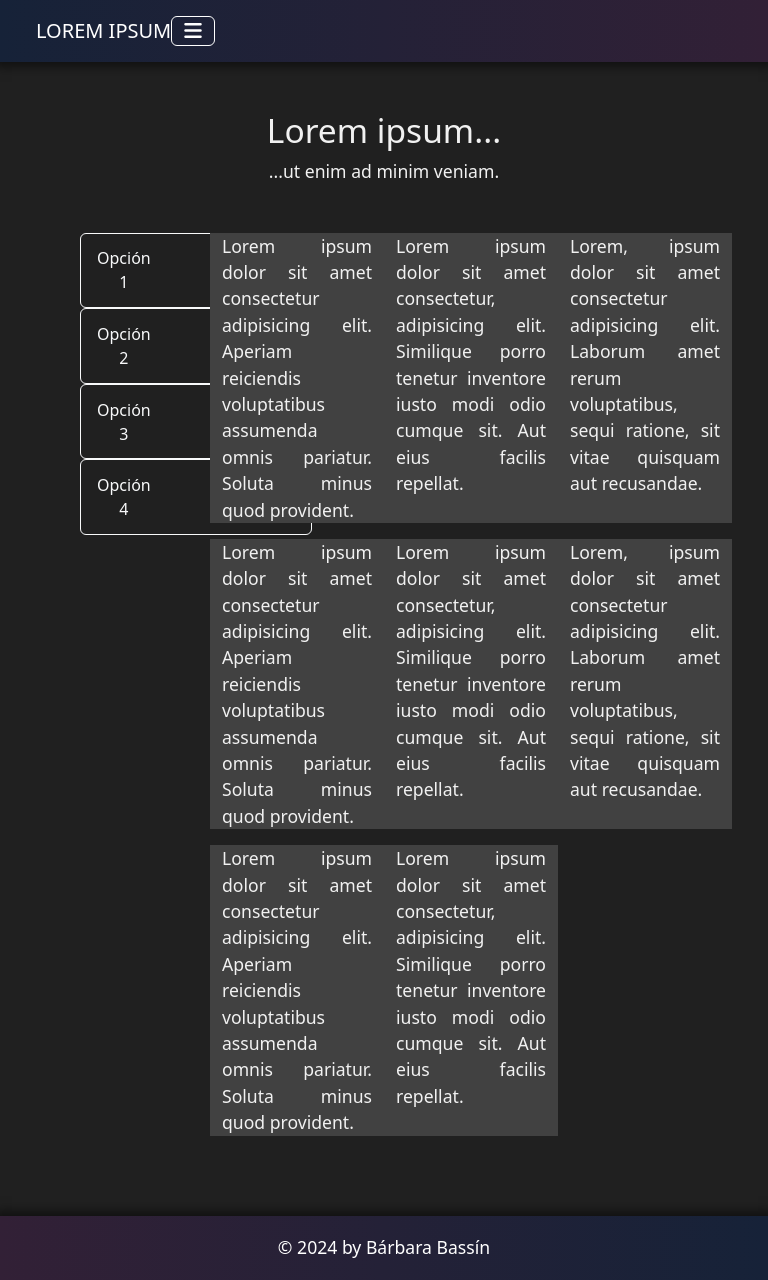
Repository: romancegirl/responsiveness
Page: index.html
An editor plug-in stored every save of this project. The page is shown before and after the next save, followed by the edit.
The browser window is 768 px wide. The pictures show the whole page.

Above is the page before, as saved 2024-11-29 19:36:37.

After the next save:
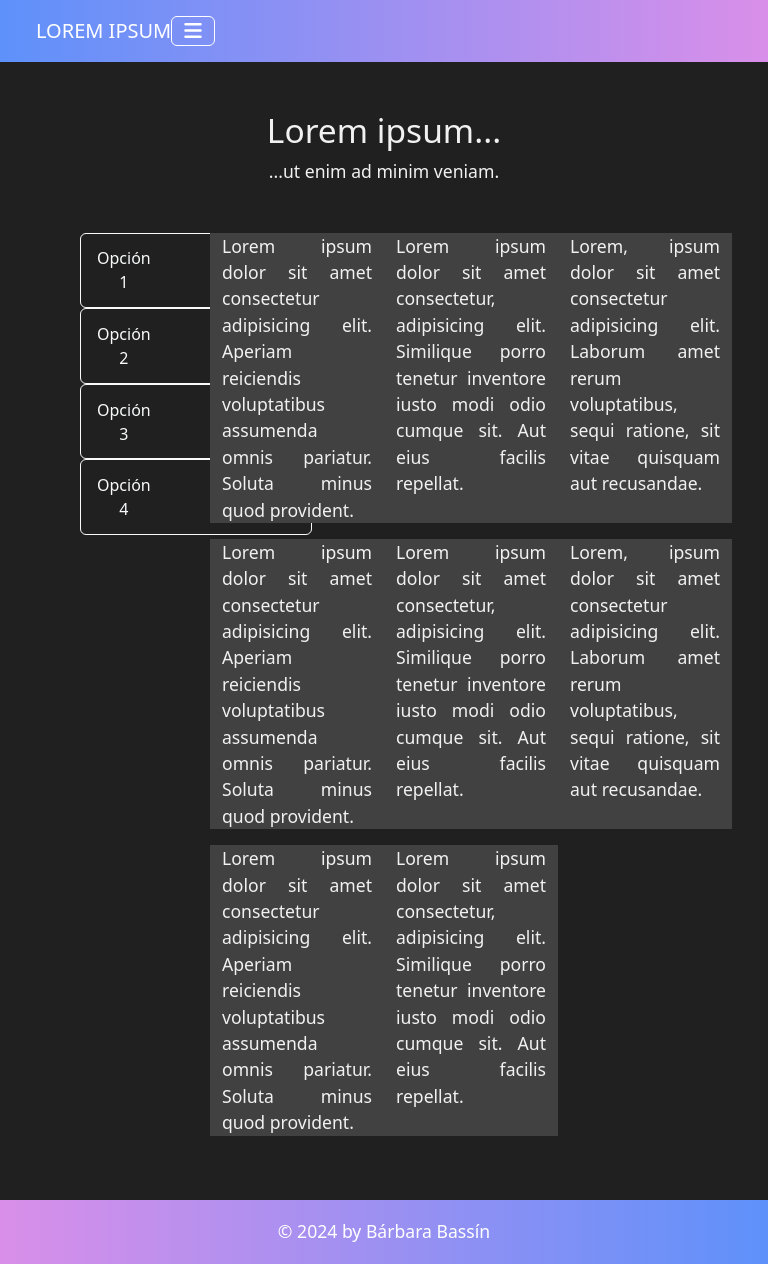
Saved 6 min 39 s later.
--- a/css/header-and-footer.css
+++ b/css/header-and-footer.css
@@ -1,15 +1,9 @@
 header {
-    background: linear-gradient(to right, #162238, #322036);
+    background: linear-gradient(to right, #5E91FA, #d98fe9);
     color: #fff;
     position: relative;
-    box-shadow: 0 0 10px 5px rgba(0, 0, 0, 0.5);
 }
 
-main {
-    min-height: 70vh;
-    padding-bottom: 1rem;
-    box-sizing: border-box;
-}
 
 a.nav-link {
     color: #f1f1f1;
@@ -20,41 +14,6 @@
     transition: color 0.3s, text-shadow 0.3s;
     transform: scale(1.05);
 }
-
-.search-container {
-    display: flex;
-    justify-content: center;
-    align-items: center;
-    position: relative;
-}
-
-.input-group .form-control {
-    padding-right: 2.5rem;
-    font-size: 17px;
-    border: 0.2rem solid #d98fe9;
-    border-radius: 1rem;
-}
-
-.input-group .btn {
-    position: absolute;
-    right: 1rem;
-        top: 50%;
-    transform: translateY(-50%);
-    background-color: transparent;
-    border: none;
-    padding: 0;
-    cursor: pointer;
-}
-
-.input-group .btn .fa-search {
-    color: #d98fe9;
-    font-size: 1.2rem;
-}
-
-.navbar-nav .nav-item {
-    margin: 0 3rem 0 3rem;
-}
-
 
 /* navbar-toggle */
 
@@ -98,7 +57,7 @@
     }
 
     .navbar-nav {
-        background: linear-gradient(to right, #162238d9, #322036e7);
+        background: linear-gradient(to right, #5e92fae0, #d98fe9dc);
         color: #fff;
         padding: 1.5rem;
         border-radius: 0 0 100px 100px;
@@ -121,45 +80,15 @@
         margin: 10px 0;
     }
 
-    .navbar a,
-    .navbar input[type=text] {
-        float: none;
-        display: block;
-        text-align: left;
-        width: 100%;
-        margin: 0;
-        padding: 0.5rem;
-    }
-
-    .navbar .search-container {
-        float: none;
-    }
-
-    .navbar a,
-    .navbar input[type=text],
-    .navbar .search-container button {
-        float: none;
-        display: block;
-        text-align: left;
-        width: 100%;
-        margin: 0;
-        padding: 0.2rem;
-    }
-
-    .navbar input[type=text] {
-        border-radius: 0.2rem;
-        border: 0.2rem solid #b556db98;
-    }
-
 }
 
 footer {
-    background: linear-gradient(to right, #322036, #162238);
+    background: linear-gradient(to right, #d98fe9, #5E91FA);
     color: #fff;
     bottom: 0;
     min-height: 4rem;
+    /* Incrementar la altura mínima */
     display: flex;
     justify-content: center;
     align-items: center;
-    box-shadow: 0 0 10px 5px rgba(0, 0, 0, 0.5);
 }

After the save that followed:
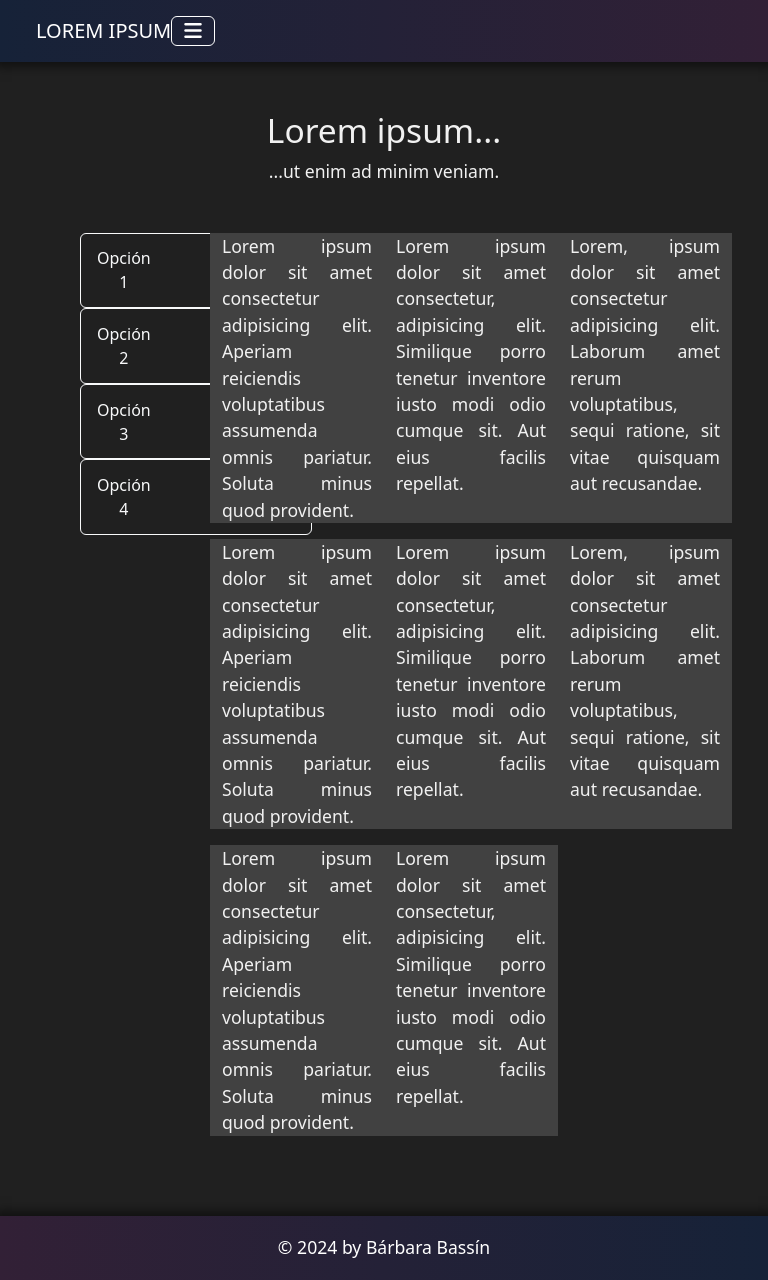
Saved 16 s later.
--- a/css/header-and-footer.css
+++ b/css/header-and-footer.css
@@ -1,9 +1,15 @@
 header {
-    background: linear-gradient(to right, #5E91FA, #d98fe9);
+    background: linear-gradient(to right, #162238, #322036);
     color: #fff;
     position: relative;
+    box-shadow: 0 0 10px 5px rgba(0, 0, 0, 0.5);
 }
 
+main {
+    min-height: 70vh;
+    padding-bottom: 1rem;
+    box-sizing: border-box;
+}
 
 a.nav-link {
     color: #f1f1f1;
@@ -14,6 +20,41 @@
     transition: color 0.3s, text-shadow 0.3s;
     transform: scale(1.05);
 }
+
+.search-container {
+    display: flex;
+    justify-content: center;
+    align-items: center;
+    position: relative;
+}
+
+.input-group .form-control {
+    padding-right: 2.5rem;
+    font-size: 17px;
+    border: 0.2rem solid #d98fe9;
+    border-radius: 1rem;
+}
+
+.input-group .btn {
+    position: absolute;
+    right: 1rem;
+        top: 50%;
+    transform: translateY(-50%);
+    background-color: transparent;
+    border: none;
+    padding: 0;
+    cursor: pointer;
+}
+
+.input-group .btn .fa-search {
+    color: #d98fe9;
+    font-size: 1.2rem;
+}
+
+.navbar-nav .nav-item {
+    margin: 0 3rem 0 3rem;
+}
+
 
 /* navbar-toggle */
 
@@ -57,7 +98,7 @@
     }
 
     .navbar-nav {
-        background: linear-gradient(to right, #5e92fae0, #d98fe9dc);
+        background: linear-gradient(to right, #162238d9, #322036e7);
         color: #fff;
         padding: 1.5rem;
         border-radius: 0 0 100px 100px;
@@ -80,15 +121,45 @@
         margin: 10px 0;
     }
 
+    .navbar a,
+    .navbar input[type=text] {
+        float: none;
+        display: block;
+        text-align: left;
+        width: 100%;
+        margin: 0;
+        padding: 0.5rem;
+    }
+
+    .navbar .search-container {
+        float: none;
+    }
+
+    .navbar a,
+    .navbar input[type=text],
+    .navbar .search-container button {
+        float: none;
+        display: block;
+        text-align: left;
+        width: 100%;
+        margin: 0;
+        padding: 0.2rem;
+    }
+
+    .navbar input[type=text] {
+        border-radius: 0.2rem;
+        border: 0.2rem solid #b556db98;
+    }
+
 }
 
 footer {
-    background: linear-gradient(to right, #d98fe9, #5E91FA);
+    background: linear-gradient(to right, #322036, #162238);
     color: #fff;
     bottom: 0;
     min-height: 4rem;
-    /* Incrementar la altura mínima */
     display: flex;
     justify-content: center;
     align-items: center;
+    box-shadow: 0 0 10px 5px rgba(0, 0, 0, 0.5);
 }
